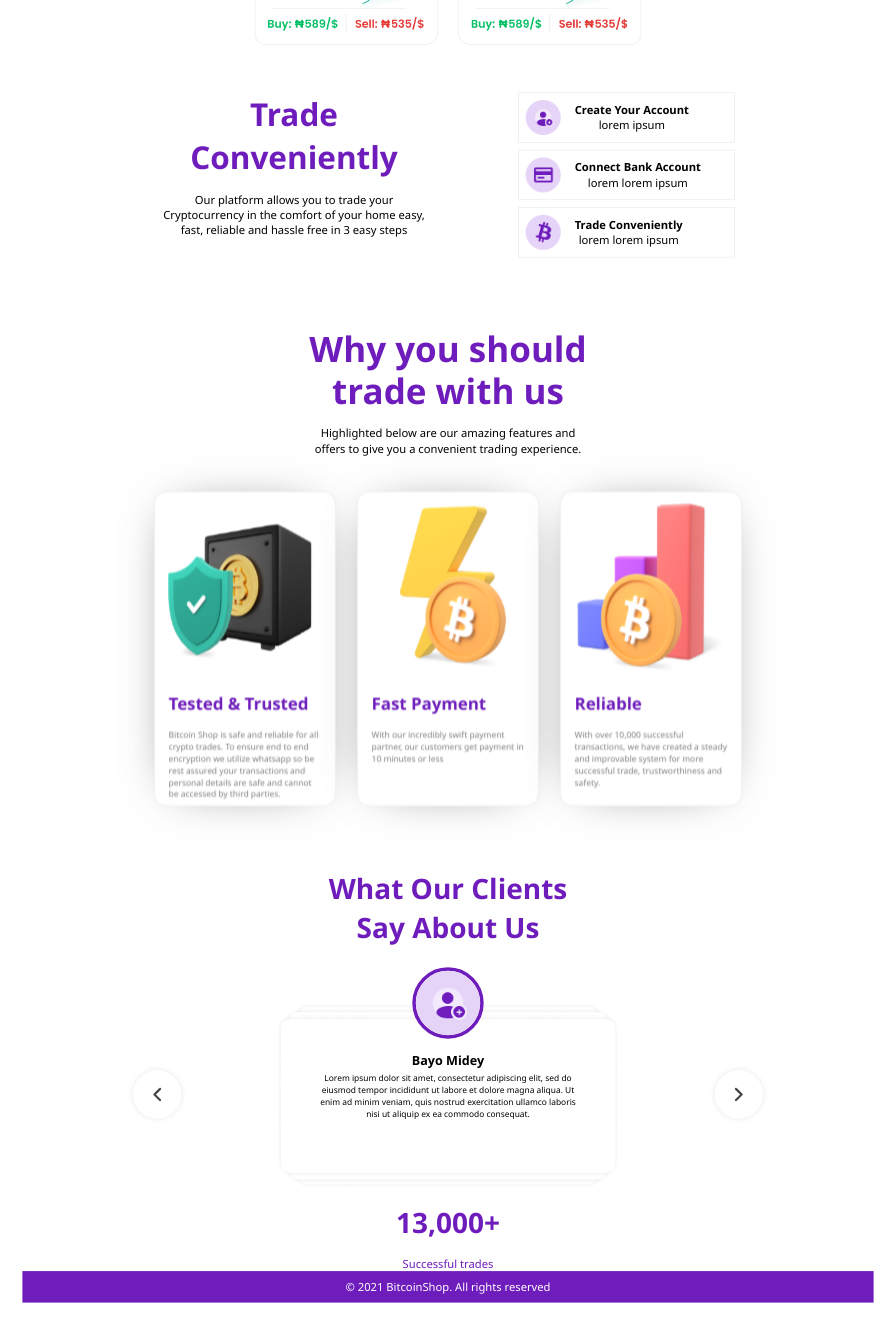
Repository: akinmiday/bitcoinshop-website
Page: /
The author's editor kept a copy of each file at every save. The page is drawn from the files as they stood at one save, then again after the next save.
The browser window is 1280 px wide. The pictures show the part of the page from y = 967 to 2887 px (the page is 2860 px tall before and 2887 px after), at 70% of full size.
The project was rebuilt for these pictures with package versions that can differ from the ones it lists, and the page was loaded fresh each time. Also part of the build but not shown: vite.config.js.

Above is the page before, as saved 2023-07-10 20:55:49.

### src/App.jsx
import React from 'react'
import { Route, createBrowserRouter, RouterProvider, createRoutesFromElements } from "react-router-dom"
import './App.css'
import Layout from './components/layout'
import TitlePage from './pages/title'
import Rates from './pages/rates'



const router = createBrowserRouter(createRoutesFromElements(
  <Route path='/' element={<Layout />} >
    <Route index element={<TitlePage />} />
    <Route element={<Rates />} />

  </Route>
))

function App() {

  return (
    <RouterProvider router={router} />
  )
}

export default App

### src/index.css
*{
    margin: 0;
    padding: 0;
    box-sizing: border-box;
    font-family: 'Segoe UI', Tahoma, Geneva, Verdana, sans-serif ;
}

.header{
    display: flex;
    color:#6E1CBC;
    display: flex;
    align-items: center;
    border-bottom: #EAEAEA solid 1px;
    height: 60px;
    flex-shrink: 0;
    justify-content: space-between;
    padding: 20px;
}


.right-side-header{
    display: flex;
    align-items: center;
    font-weight: 500;
}

.right-side-header > img{
    padding: 10px;
    height: 44px;

}

.shop-logo{
    color:#FFCC00 ;
}


.middle-section-header {
    display: flex;
    justify-content: center;
    align-items: center;
    gap: 20px;
}

.right-side-header >button {
    background-color: #6E1CBC;
    color: #ffffff;
    padding: 5px 10px;
    border-radius: 8px;
}

.footer{
    background-color: #6E1CBC;
    color: #ffffff;
    display: flex;
    justify-content: center;
    align-items: center;
    margin-top: auto;
    flex-shrink: 0;
    height: 45px;
}

.title-section{
    display: flex;
    padding: 30px;
    height: 400px;
    justify-content: space-around;

}



.left-side-title{
    width: 450px;
    padding: 20px;
}

.left-side-title > h1{
    color: #6E1CBC;
    font-size: 62px;
    font-style: normal;
    font-weight: 700;
    line-height: 78px;


}

.left-side-title > p{
    font-size: 18px;
    padding: 20px 0;
}

.left-side-title >button{
    color: #ffffff;
    background-color: #6E1CBC;
    padding: 5px 10px;
    border-radius: 7px;
    text-align: center;
}

.rates-section{
    color: #6E1CBC;
    text-align: center;
    font-size: 26px;
}

.rates-section h1 {
    padding: 20px;
}

.rates-section img{
    height: 200px;
}


.top-row-rates-section {
    display: flex;
    justify-content: center;
    margin-bottom: 20px;
    gap: 30px;
  }

  .bottom-row-rates-section {
    display: flex;
    justify-content: center;
    gap: 30px;
  }

  .trade-section{
    margin-top: 30px;
    display: flex;
    justify-content: center;
    align-items: flex-start;
    gap: 110px;
    flex-shrink: 0;
    padding: 20px;
  }

  .left-trade-section{
    width: 400px;

  }

  .left-trade-section h1 {
    color: #6E1CBC;
    font-size: 45px;
    padding: 10px;
  }

  .left-trade-section p{
    padding: 10px;
  }

  .trade-link-section >div{
    display: flex;
    align-items: center;
    width: 310px;
    padding: 10px;
    margin: 10px;
    border: #EAEAEA 1px solid;
  }

  .trade-link-section > div >img{
    height: 50px;
    margin-right: 20px;
  }
  .trade-with-us{
    text-align: center;

    margin-top: 50px;
  }

  .trade-with-us-heading > h1{
    color: #6E1CBC;
    font-size: 50px;
    line-height: 60px;
    padding: 20px;
  }

  .trade-with-us-icon-section{
    display: flex;
    margin-top: 20px;
    padding-top: 30px;
    gap: 30px;
    justify-content: center;
    align-items: center;
    padding-bottom: 20px;
  }

  .trade-with-us-icon-section >div{
    border-radius: 18px;
    border: 1px solid #EAEAEA;
    background: #FFF;
    backdrop-filter: blur(100px);
    width: 260px;
    height: 450px;
    text-align: left;
    box-shadow: -2px 0px 74px -36px rgba(0,0,0,0.71);
    -webkit-box-shadow: -2px 0px 74px -36px rgba(0,0,0,0.71);
    -moz-box-shadow: -2px 0px 74px -36px rgba(0,0,0,0.71);
  }

  .trade-with-us-icon-section div >h2{
    color: #6E1CBC;
    padding: 20px;
  }

  .trade-with-us-icon-section div >p{
    padding: 0 20px;
    font-size: 12px;
    color: #808080;
  }

  .trade-with-us-icon-section img {
    width: 250px;
    height: 250px;
    margin-top: 10px;
  }

  .carousel-area{
    display: flex;
    align-items: center;
    justify-content: center;
    gap: 20px;
    margin-top: 60px;
  }

  .review-section{
    text-align: center;
    margin-top: 50px;
    color: #6E1CBC;
  }

  .review-section h1{
    font-size: 40px;
    padding: 20px;
  }

  .review-card{
    width: 70%;
    position: relative;
    align-items: center;


  }

  .review-card-area {
    position: relative;
    display: flex;
    align-items: center;
    justify-content: center;

  }

  .review-card-area h2{
    position: absolute;
    color: black;
    font-size: 18px;
    top: 70px;

  }

  .review-card-area > p {
    position: absolute;
    font-size: 12px;
    width: 370px;
    color: black;
    top: 100px;
  }

  .review-image{
    border-radius: 102px;
    border: 5px solid #6E1CBC;
    background: url(<path-to-image>), lightgray 50% / cover no-repeat, #C4C4C4;
    width: 102px;
    height: 102px;
    flex-shrink: 0;
    position: absolute;
    top: -50px;

  }

  .trade-count-area h1{
    font-size: 60px;
  }

### src/components/layout.jsx
import React from "react";
import { Outlet } from "react-router-dom";
import Header from "./header";
import Footer from "./footer";
import Rates from "../pages/rates";


export default function Layout() {
    return (<>
        <Header />
        <main>
            <Outlet />
        </main>
        <Footer />
    </>)
}

### src/pages/title.jsx
import React from "react";
import groupIcons from "../assets/Group-icons-title.png"
import Rates from "./rates";
import TradeSection from "./tradeSection";
import TradeWithUs from "./tradewithus";
import Reviews from "./reviews";

export default function TitlePage() {
    return (<>
        <div className="title-section" >
            <div className="left-side-title" >
                <h1>Trade your Cryptocurrency</h1>
                <p>Best and reliable platform to trade over 100 cryptocurrencies for your local Fiat</p>
                <button>Get Started</button>
            </div>
            <img src={groupIcons} />
        </div>
        <Rates />
        <TradeSection />
        <TradeWithUs />
        <Reviews />
    </>
    )
}

### src/pages/rates.jsx
import React from "react";
import btcTrend from "../assets/bitcoin-trend-Item.png"
import ethTrend from "../assets/ETH-Trend-Item.png"
import bnbTrend from "../assets/BNB-Trend-Item.png"
import bchTrend from "../assets/BCH-Trend-Item.png"
import usdtTrend from "../assets/USDT-Trend-Item.png"

export default function Rates() {
    return (
        <div className="rates-section">
            <h1>We Offer Superb Rates</h1>
            <div className="top-row-rates-section">
                <div><img src={btcTrend} /></div>
                <div><img src={ethTrend} /></div>
                <div><img src={bnbTrend} /></div>
            </div>
            <div className="bottom-row-rates-section">
                <div><img src={bchTrend} /></div>
                <div><img src={usdtTrend} /></div>
            </div>
        </div>
    );
}

### src/components/header.jsx
import React from "react";
import logoImg from "../assets/bitcoinshop-logo.png"
import lightIcon from "../assets/Light-icon.png"


export default function Header() {
    return (<div className="header" >
        <div className="right-side-header" ><img src={logoImg} />
            <h4>Bitcoin<span className="shop-logo" >Shop</span></h4>
        </div>
        <div className="middle-section-header" >
            <h4>Home</h4>
            <h4>Contact us</h4>
            <h4>About us</h4>
            <h4>FAQs</h4>
            <h4>Terms of Service</h4>
        </div>
        <div className="right-side-header" >
            <img src={lightIcon} />
            <button>Trade now</button>
        </div>


    </div>)
}

### src/components/footer.jsx
import React from "react";

export default function Footer() {
    return (<>
        <div className="footer" >&#169; 2021 BitcoinShop. All rights reserved</div>
    </>)
}

### src/pages/tradeSection.jsx
import React from "react";
import profileIcon from "../assets/profile-icon.png"
import debitCardIcon from "../assets/debit-card-icon.png"
import bitcoinIcon from "../assets/bitcoin-icon.png"

export default function TradeSection() {
    return (
        <div className="trade-section">
            <div className="left-trade-section" >
                <h1>Trade Conveniently</h1>
                <p>Our platform allows you to trade your Cryptocurrency in the comfort of your home
                    easy, fast, reliable and hassle free in 3 easy steps
                </p>
            </div>
            <div className="trade-link-section" >
                <div>
                    <img src={profileIcon} />
                    <div>
                        <h4>Create Your Account</h4>
                        <p>
                            lorem ipsum
                        </p>
                    </div>
                </div>

                <div>
                    <img src={debitCardIcon} />
                    <div>
                        <h4>Connect Bank Account</h4>
                        <p>
                            lorem lorem ipsum
                        </p>
                    </div>
                </div>

                <div>
                    <img src={bitcoinIcon} />
                    <div>
                        <h4>Trade Conveniently</h4>
                        <p>
                            lorem lorem ipsum
                        </p>
                    </div>
                </div>
            </div>
        </div>
    )
}

### src/pages/tradewithus.jsx
import React from "react";
import securedIcon from "../assets/secured.png"
import fastPaymentIcon from "../assets/fast-payment.png"
import reliableIcon from "../assets/reliable.png"

export default function TradeWithUs() {
    return (
        <div className="trade-with-us" >
            <div className="trade-with-us-heading" >
                <h1>Why you should <br /> trade with us</h1>
                <p>Highlighted below are our amazing features and <br /> offers
                    to give you a convenient trading experience.
                </p>
            </div>
            <div className="trade-with-us-icon-section" >
                <div>
                    <img src={securedIcon} />
                    <h2>Tested & Trusted</h2>
                    <p>Bitcoin Shop is safe and reliable for all crypto trades. To ensure end to end encryption we utilize whatsapp
                        so be rest assured your transactions and personal details are safe and cannot be accessed by third parties.
                    </p>
                </div>
                <div>
                    <img src={fastPaymentIcon} />
                    <h2>Fast Payment</h2>
                    <p>With our incredibly swift payment partner, our customers get payment in 10 minutes or less</p>
                </div>
                <div>
                    <img src={reliableIcon} />
                    <h2>Reliable</h2>
                    <p>With over 10,000 successful transactions, we have created a steady and improvable system for more successful trade,
                        trustworthiness and safety.
                    </p>
                </div>
            </div>
        </div>
    )
}

### src/pages/reviews.jsx
import React from "react";
import reviewCard from "../assets/review-card.png"
import toRightIcon from "../assets/to-right-carousel.png"
import toLeftIcon from "../assets/to-left-carousel.png"
import profileIcon from "../assets/profile-icon.png"

export default function Reviews() {
    return (
        <div className="review-section" >
            <h1>What Our Clients<br />Say About Us</h1>

            <div className="carousel-area" >
                <div>
                    <img src={toLeftIcon} />
                </div>
                <div className="review-card-area" >
                    <img className="review-card" src={reviewCard} />
                    <img className="review-image" src={profileIcon} />
                    <h2>Bayo Midey</h2>
                    <p>Lorem ipsum dolor sit amet, consectetur adipiscing elit, sed do eiusmod tempor incididunt ut labore et dolore magna aliqua. Ut enim ad minim veniam, quis nostrud exercitation ullamco laboris nisi ut aliquip ex ea commodo consequat.</p>
                </div>
                <div>
                    <img src={toRightIcon} />
                </div>
            </div>
            <div>
                <h1>13,000+</h1>
                <p>Successful trades</p>
            </div>

        </div>
    )
}

Loaded but not shown: src/main.jsx (common file); src/App.css (common file)

After the next save:
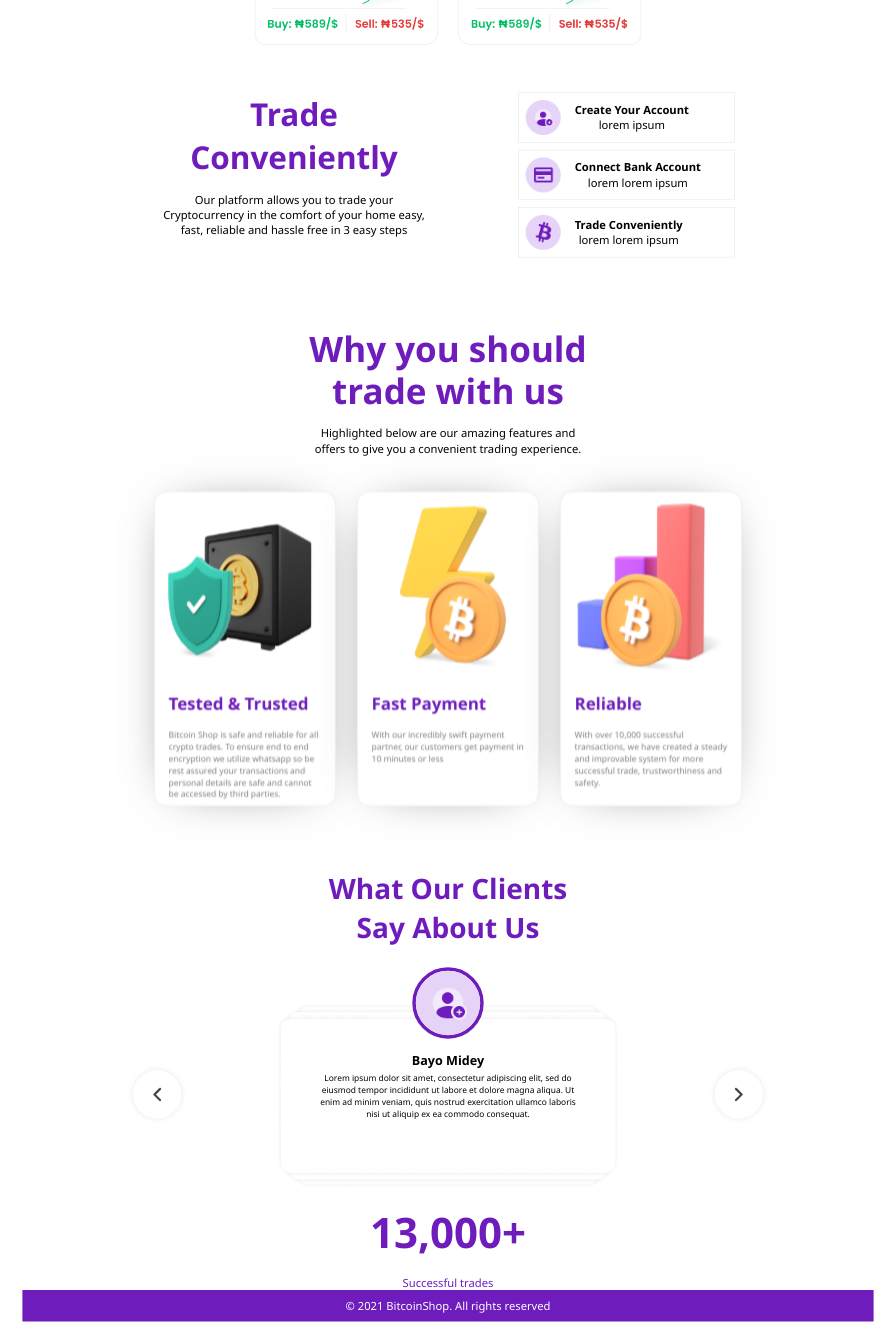
Saved 6 s later.
--- a/src/pages/reviews.jsx
+++ b/src/pages/reviews.jsx
@@ -23,8 +23,8 @@
                     <img src={toRightIcon} />
                 </div>
             </div>
-            <div>
-                <h1>13,000+</h1>
+            <div className="trade-count-area" >
+                <h1 >13,000+</h1>
                 <p>Successful trades</p>
             </div>
 
